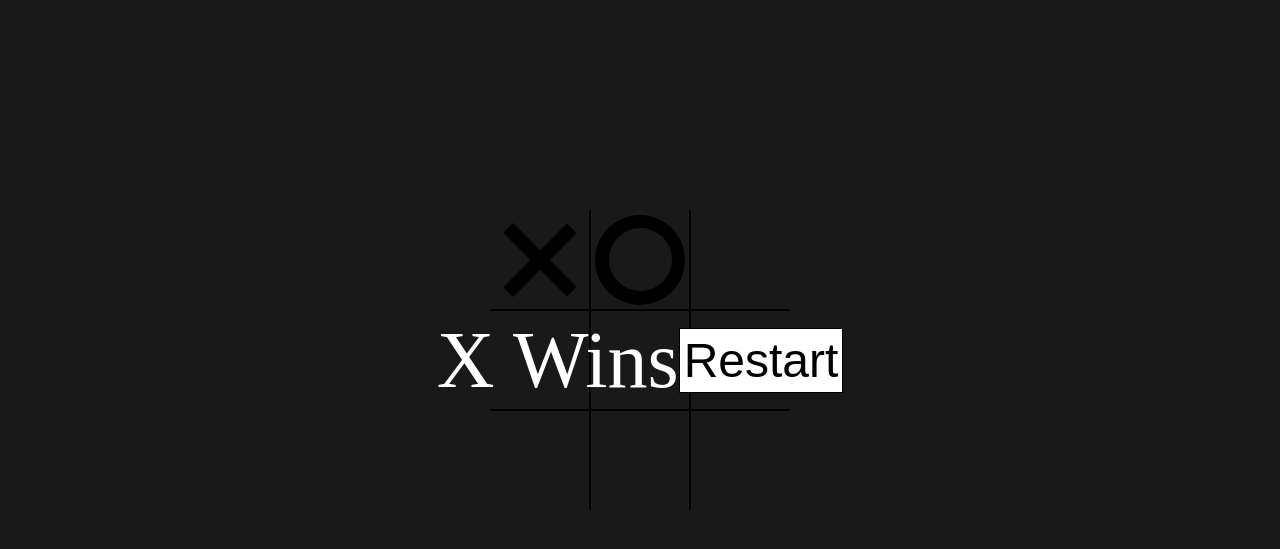
Repository: kate30980/pratice-tictactoe
Page: index.html
These files come from the project's save history. The page is drawn as it stood at one moment and after the next save; the edit follows.
The browser window is 1280 px wide. The pictures show the whole page.

Above is the page before, as saved 2021-08-05 22:33:54.
Not found: script.js

### index.html
<!DOCTYPE html>
<html lang="en">
<head>
    <meta charset="UTF-8">
    <meta http-equiv="X-UA-Compatible" content="IE=edge">
    <meta name="viewport" content="width=device-width, initial-scale=1.0">
    <link rel="stylesheet" href="styles.css">
    <script src="script.js" defer></script>
    <title>Tic Tac Toe</title>
</head>
<body>
    <div class="board circle" id="board">
        <div class="cell x" data-cell></div>
        <div class="cell circle" data-cell></div>
        <div class="cell" data-cell></div>
        <div class="cell" data-cell></div>
        <div class="cell" data-cell></div>
        <div class="cell" data-cell></div>
        <div class="cell" data-cell></div>
        <div class="cell" data-cell></div>
        <div class="cell" data-cell></div>
    </div>
    <div class="winning-message">
        <div data-wining-message-text>X Wins</div>
        <button id="restartButton">Restart</button>
    </div>
</body>
</html>

### styles.css
*,
*::after,
*::before {
  box-sizing: border-box;
}
:root {
  --cell-size: 100px;
  --mark-size: calc(var(--cell-size) * 0.9);
  /* do this because we want this mark size to be 90% of the cell size */
}
body {
  margin: 0;
}
.board {
  width: 100vw;
  height: 100vh;
  display: grid;
  justify-content: center;
  align-content: center;
  justify-items: center;
  align-items: center;
  grid-template-columns: repeat(3, auto);
}
.cell {
  width: var(--cell-size);
  height: var(--cell-size);
  border: 1px solid black;
  display: flex;
  justify-content: center;
  align-items: center;
  position: relative;
  cursor: pointer;
}
.cell:first-child,
.cell:nth-child(2),
.cell:nth-child(3) {
  border-top: none;
}

.cell:nth-child(3n + 1) {
  border-left: none;
}
.cell:nth-child(3n + 3) {
  border-right: none;
}
.cell:last-child,
.cell:nth-child(8),
.cell:nth-child(7) {
  border-bottom: none;
}
.cell.x,
.cell.circle {
  cursor: not-allowed;
}

.cell.x::before,
.cell.x::after,
.cell.circle::before {
  background-color: black;
}

.board.x .cell:not(.x):not(.circle):hover::before,
.board.x .cell:not(.x):not(.circle):hover::after,
.board.circle .cell:not(.x):not(.circle):hover::before {
  background-color: lightgrey;
}

.cell.x::before,
.cell.x::after,
.board.x .cell:not(.x):not(.circle):hover::before,
.board.x .cell:not(.x):not(.circle):hover::after {
  content: "";
  position: absolute;
  width: calc(var(--mark-size) * 0.15);
  height: var(--mark-size);
  /* background-color: black; */
}
.cell.x::before,
.board.x .cell:not(.x):not(.circle):hover::before {
  transform: rotate(45deg);
}
.cell.x::after,
.board.x .cell:not(.x):not(.circle):hover::after {
  transform: rotate(-45deg);
}

.cell.circle::before,
.cell.circle::after,
.board.circle .cell:not(.x):not(.circle):hover::before,
.board.circle .cell:not(.x):not(.circle):hover::after {
  content: "";
  position: absolute;
  border-radius: 50%;
}
.cell.circle::before,
.board.circle .cell:not(.x):not(.circle):hover::before {
  width: var(--mark-size);
  height: var(--mark-size);
  /* background-color: black; */
}
.cell.circle::after,
.board.circle .cell:not(.x):not(.circle):hover::after {
  width: calc(var(--mark-size) * 0.7);
  height: calc(var(--mark-size) * 0.7);
  background-color: white;
}

.winning-message {
  position: fixed;
  top: 0;
  left: 0;
  right: 0;
  bottom: 0;
  background-color: rgba(0, 0, 0, 0.9);
  display: flex;
  justify-content: center;
  align-items: center;
  color: white;
  font-size: 5rem;
}
.winning-message button {
  font-size: 3rem;
  background-color: white;
  border: 1px solid black;
  padding: 0.25rem 0.25rem 0.25rem 0.25rem;
}

After the next save:
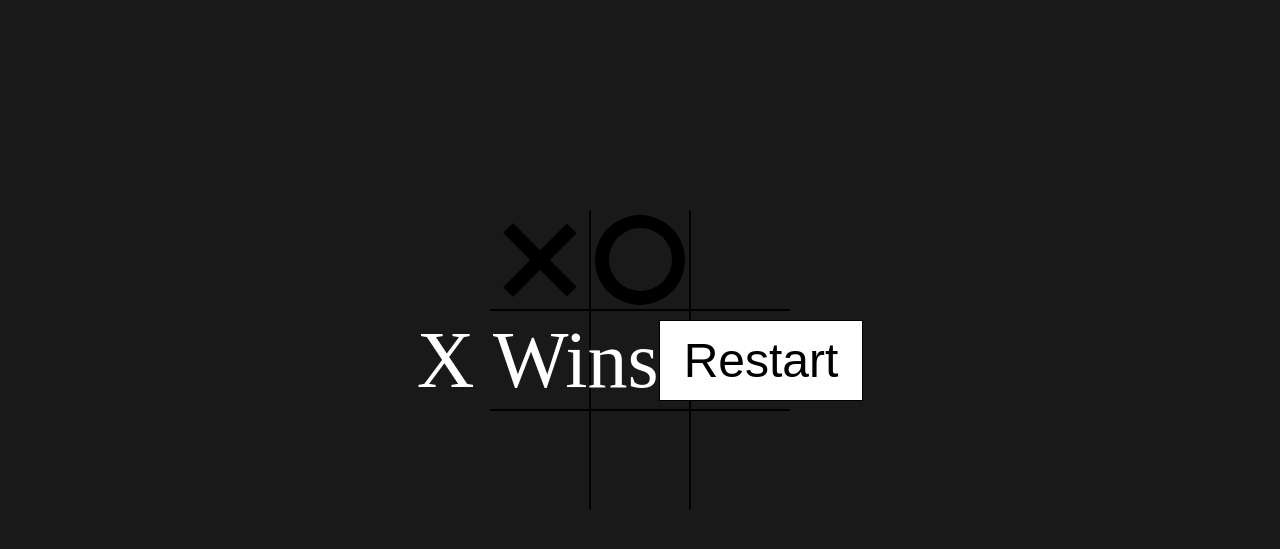
Saved 10 s later.
--- a/styles.css
+++ b/styles.css
@@ -122,5 +122,5 @@ body {
   font-size: 3rem;
   background-color: white;
   border: 1px solid black;
-  padding: 0.25rem 0.25rem 0.25rem 0.25rem;
+  padding: 0.25em 0.5em;
 }
